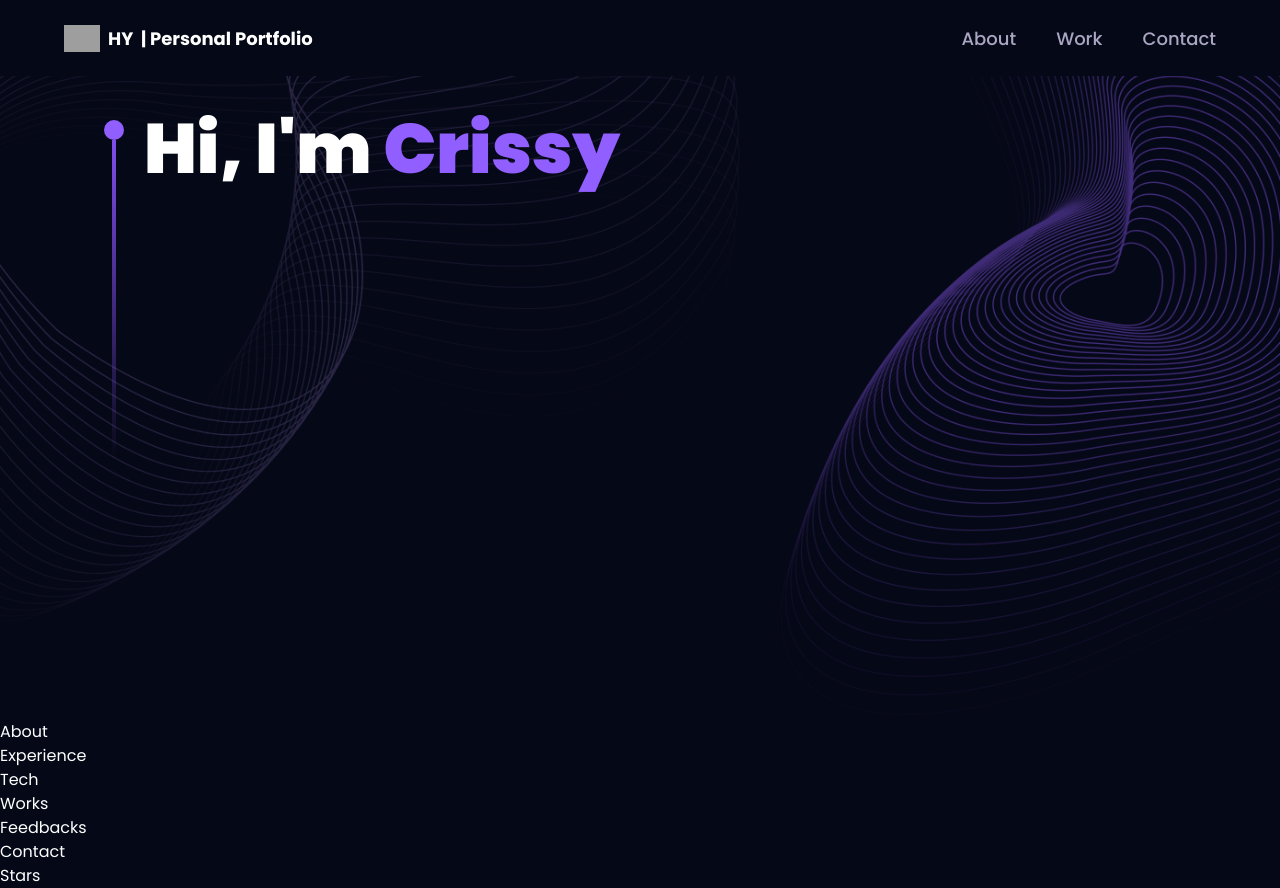
Repository: huiyyee/3d_portfolio
Page: /
An editor plug-in stored every save of this project. The page is shown before and after the next save, followed by the edit.
The browser window is 1280 px wide. The pictures show the whole page.
Pictures or frames that could not be fetched are drawn as grey boxes. The project was rebuilt for these pictures with package versions that can differ from the ones it lists, and the page was loaded fresh each time. Also part of the build but not shown: vite.config.js, src/components/canvas/Earth.jsx, src/components/canvas/Ball.jsx, src/components/canvas/Computers.jsx.

Above is the page before, as saved 2024-10-10 23:38:01.

After the next save:
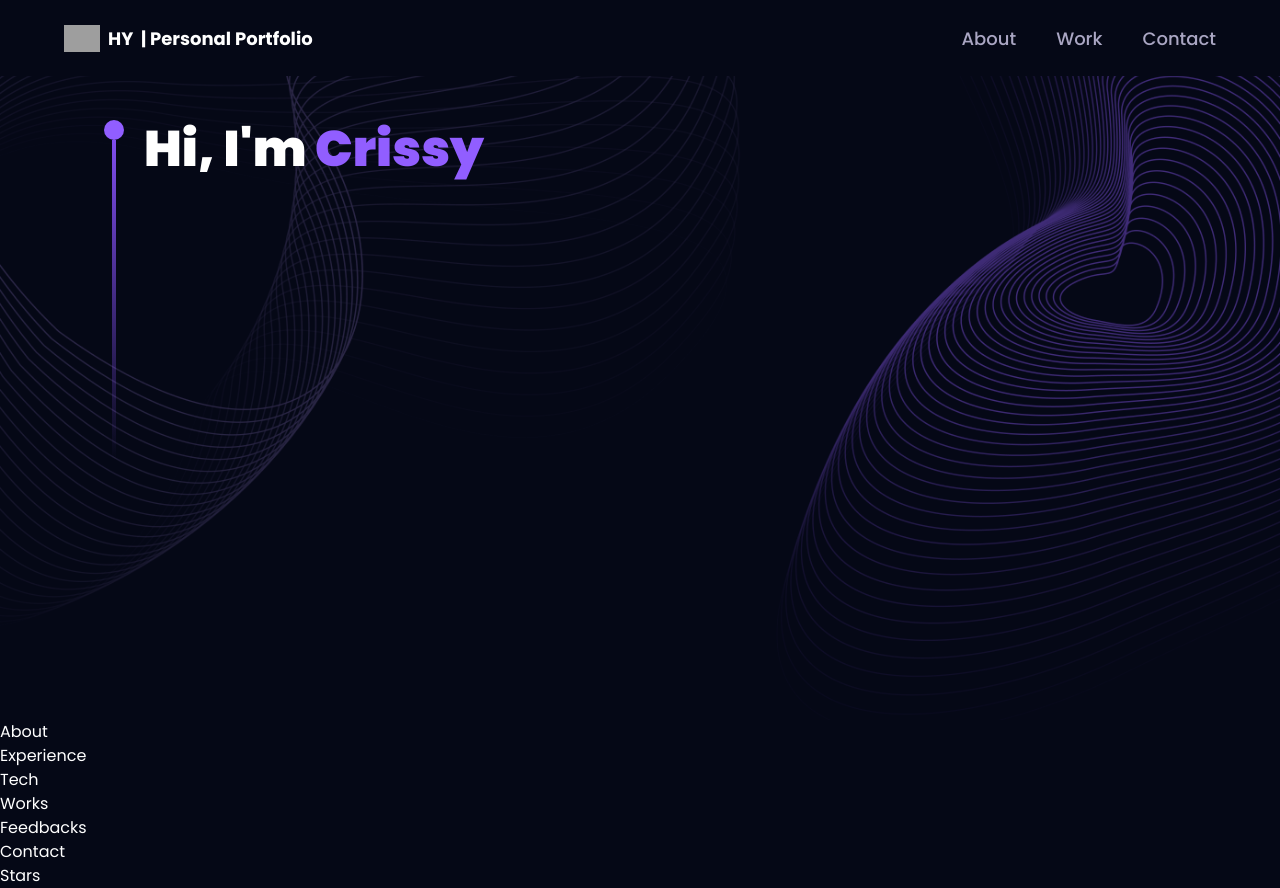
Saved 5 s later.
--- a/src/components/styles.js
+++ b/src/components/styles.js
@@ -4,7 +4,7 @@ const styles = {
     padding: "sm:px-16 px-6 sm:py-16 py-10",
 
     heroHeadText:
-        "font-black text-white lg:text-[70px] sm:text-[60px] xs:text-[50px] text-[40px] lg:leading-[98px] mt-2",
+        "font-black text-white lg:text-[50px] sm:text-[60px] xs:text-[50px] text-[40px] lg:leading-[98px] mt-2",
     heroSubText:
         "text-[#dfd9ff] font-medium lg:text-[30px] sm:text-[26px] xs:text-[20px] text-[16px] lg:leading-[40px]",
 
